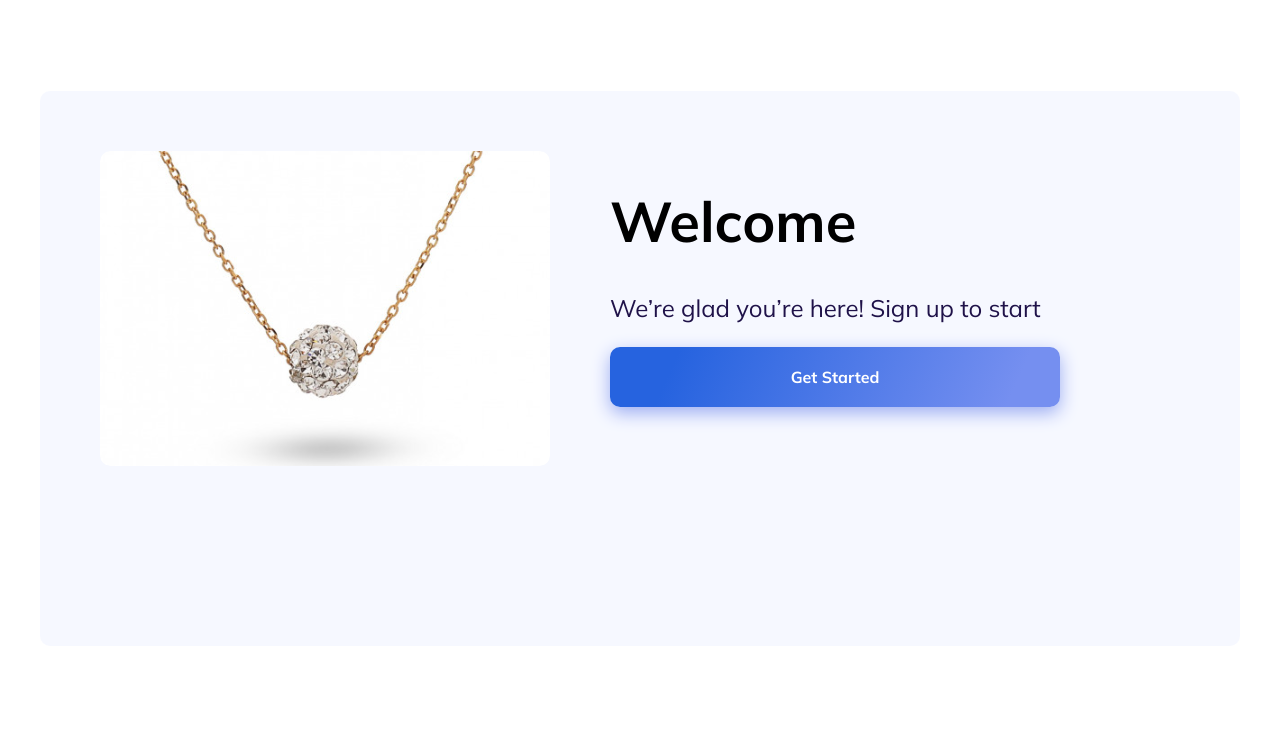
Repository: codezeloss/Valinteca-task
Page: index.html
The author's editor kept a copy of each file at every save. The page is drawn from the files as they stood at one save, then again after the next save.
The browser window is 1280 px wide. The pictures show the whole page.

Above is the page before, as saved 2022-12-09 18:59:48.

After the next save:
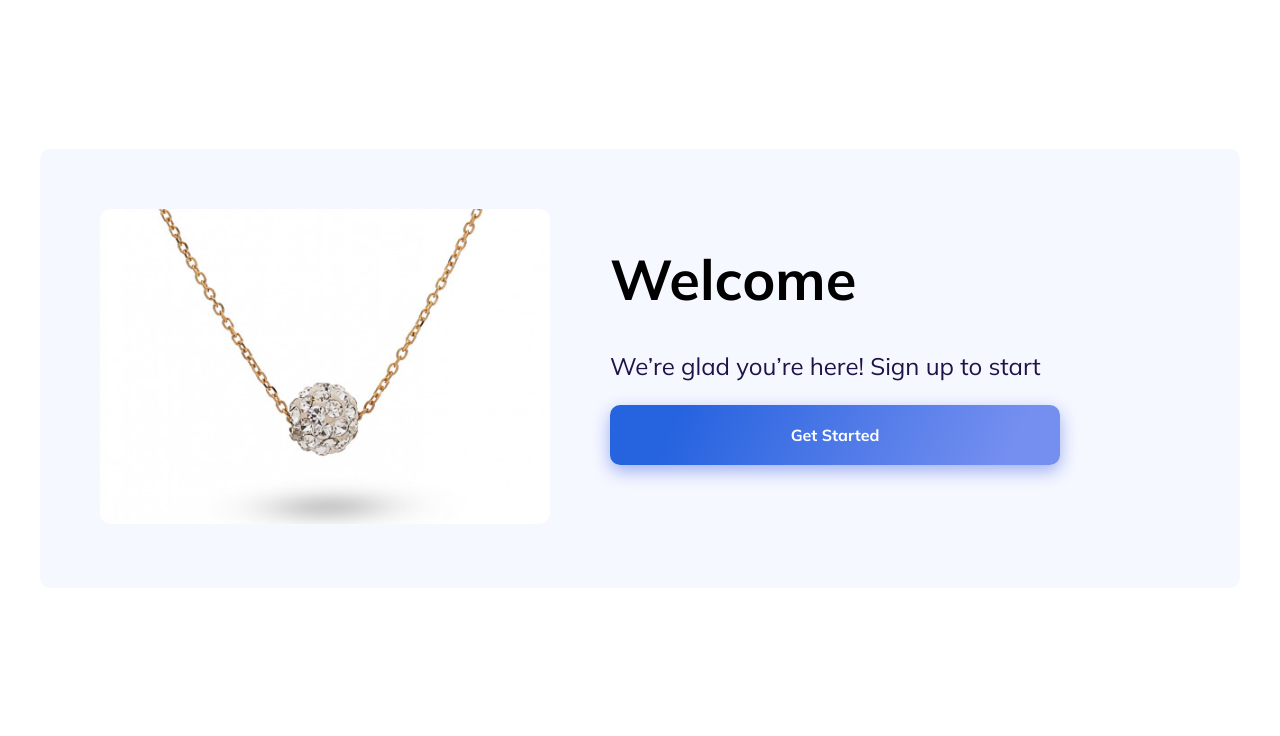
Saved 47 s later.
--- a/css/styles.css
+++ b/css/styles.css
@@ -13,7 +13,6 @@
 
 .box-container {
   width: 1080px;
-  height: 435px;
   margin: 0 auto;
   background: rgba(245, 247, 255, 0.85);
   border-radius: 10px;
